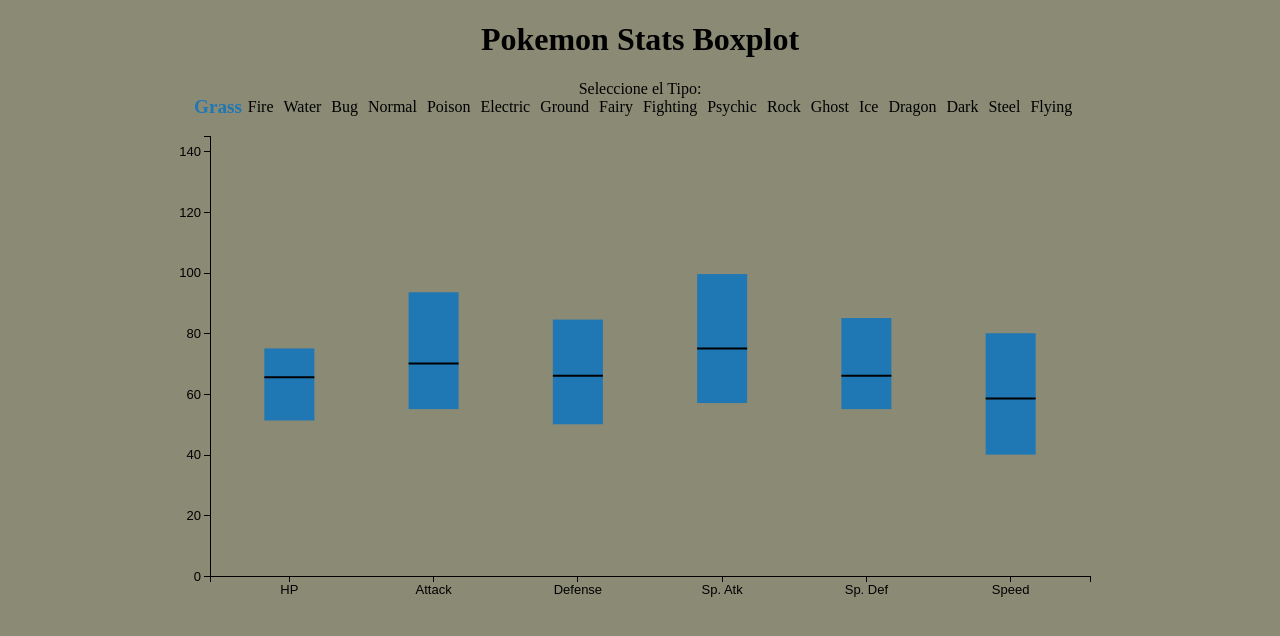
Repository: Cartterr/Proyecto-VisInfo
Page: Propuesta1_Tipos_Cajas.html
An editor plug-in stored every save of this project. The page is shown before and after a run of saves, followed by the edit.
The browser window is 1280 px wide. The pictures show the whole page.

Above is the page before, as saved 2023-06-28 02:57:04.

### Propuesta1_Tipos_Cajas.html
<!DOCTYPE html>
<html>
<head>
    <meta charset="utf-8">
    <title>Pokemon Stats Boxplot</title>
    <script src="https://d3js.org/d3.v7.min.js"></script>
</head>

<body>
    <h1>Pokemon Stats Boxplot</h1>
    <link rel="stylesheet" href="Propuesta1_Tipos_Cajas.css">
    <div>
        <label for="typeSelect">Seleccione el Tipo:</label>
        <div class="type-list-container">
            <ul class="type-list" id="typeList"></ul>
        </div>
    </div>
    <div id="boxplot"></div>
    <div id="treemap"></div>
    <script src="Propuesta1_Tipos_Cajas.js"></script>
</body>
</html>

### Propuesta1_Tipos_Cajas.css
body {
    margin: 0 auto;
    background-color: #8a8a75;
    max-width: 80%;
    min-width: 500px;
    text-align: center;
}

.box {
    fill: #1f77b4;
    cursor: pointer;
    position: relative; /* Agregado */
}

.box:hover {
    fill: #456b86;
}

.tooltip {
    position: absolute;
    background-color: #fff;
    border: 1px solid #ccc;
    padding: 10px;
    pointer-events: none;
    opacity: 0;
    transition: opacity 0.3s ease-in-out;
    top: -40px; /* Agregado */
    left: 0; /* Agregado */
    width: 100px; /* Agregado */
    text-align: center; /* Agregado */
}

.box:hover .tooltip {
    opacity: 1;
}

.median {
    stroke: black;
    stroke-width: 2px;
}

.axis text {
    font-size: 13px;
}

.axis line,
.axis path {
    fill: none;
    stroke: #000;
    shape-rendering: crispEdges;
}

.type-list-container {
    overflow-x: auto;
    display: flex;
    justify-content: center;
}

.type-list {
    display: flex;
    white-space: nowrap;
    padding: 0;
    margin: 0;
    list-style-type: none;
}

.type-list li {
    margin-right: 10px;
    transition: transform 0.3s;
}

.type-list li:hover {
    transform: scale(1.1);
}

.type-list li.selected {
    transform: scale(1.2);
    font-weight: bold;
    color: #1f77b4;
}

.type-list-container {
    overflow-x: auto;
}

.type-list {
    display: flex;
    white-space: nowrap;
    padding: 0;
    margin: 0;
    list-style-type: none;
}

.type-list li {
    margin-right: 10px;
}

### Propuesta1_Tipos_Cajas.js


d3.csv("pokemon.csv").then(data => {
    const types = Array.from(new Set(data.map(d => d["Type 1"])));
    const statNames = ["HP", "Attack", "Defense", "Sp. Atk", "Sp. Def", "Speed"];

    const margin = { top: 20, right: 30, bottom: 40, left: 50 },
        width = 960 - margin.left - margin.right,
        height = 500 - margin.top - margin.bottom;

    const svg = d3.select("#boxplot")
        .append("svg")
        .attr("width", width + margin.left + margin.right)
        .attr("height", height + margin.top + margin.bottom)
        .append("g")
        .attr("transform", `translate(${margin.left},${margin.top})`);

    const x = d3.scaleBand()
        .range([0, width])
        .padding(0.1);

    const y = d3.scaleLinear()
        .range([height, 0]);

    const xAxis = d3.axisBottom(x);
    const yAxis = d3.axisLeft(y);

    svg.append("g")
        .attr("class", "axis x-axis")
        .attr("transform", `translate(0,${height})`)
        .call(xAxis);

    svg.append("g")
        .attr("class", "axis y-axis")
        .call(yAxis);

    const updateBoxPlot = (selectedType) => {
        const typeData = data.filter(d => d["Type 1"] === selectedType);

        const typeStats = statNames.map(stat => typeData.map(d => +d[stat]));

        x.domain(statNames);
        y.domain([0, d3.max(typeStats, d => d3.max(d))]);

        svg.select(".x-axis")
            .call(xAxis);

        svg.select(".y-axis")
            .transition()
            .duration(250)
            .call(yAxis);

        const boxWidth = Math.min(50, x.bandwidth());

        svg.selectAll(".box")
            .data(typeStats)
            .join("rect")
            .transition()
            .duration(450)
            .attr("class", "box")
            .attr("x", (d, i) => x(statNames[i]) + (x.bandwidth() - boxWidth) / 2)
            .attr("width", boxWidth)
            .attr("y", d => y(d3.quantile(d, 0.75)))
            .attr("height", d => y(d3.quantile(d, 0.25)) - y(d3.quantile(d, 0.75)));

        typeList.selectAll("li")
            .classed("selected", d => d === selectedType);

        svg.selectAll(".median")
            .data(typeStats)
            .join("line")
            .transition()
            .duration(450)
            .attr("class", "median")
            .attr("x1", (d, i) => x(statNames[i]) + (x.bandwidth() - boxWidth) / 2)
            .attr("x2", (d, i) => x(statNames[i]) + (x.bandwidth() + boxWidth) / 2)
            .attr("y1", d => y(d3.median(d)))
            .attr("y2", d => y(d3.median(d)));
    };

    const typeList = d3.select("#typeList");
    typeList.selectAll("li")
        .data(types)
        .enter()
        .append("li")
        .text(d => d)
        .on("click", function () {
            const selectedType = d3.select(this).text();
            updateBoxPlot(selectedType);
        });


    //TREEMAP
    const color = d3.scaleOrdinal()
        .domain(types)
        .range(d3.schemeSet3);




    // Initialize with the first type
    updateBoxPlot(types[0]);
});

After the next 2 saves:
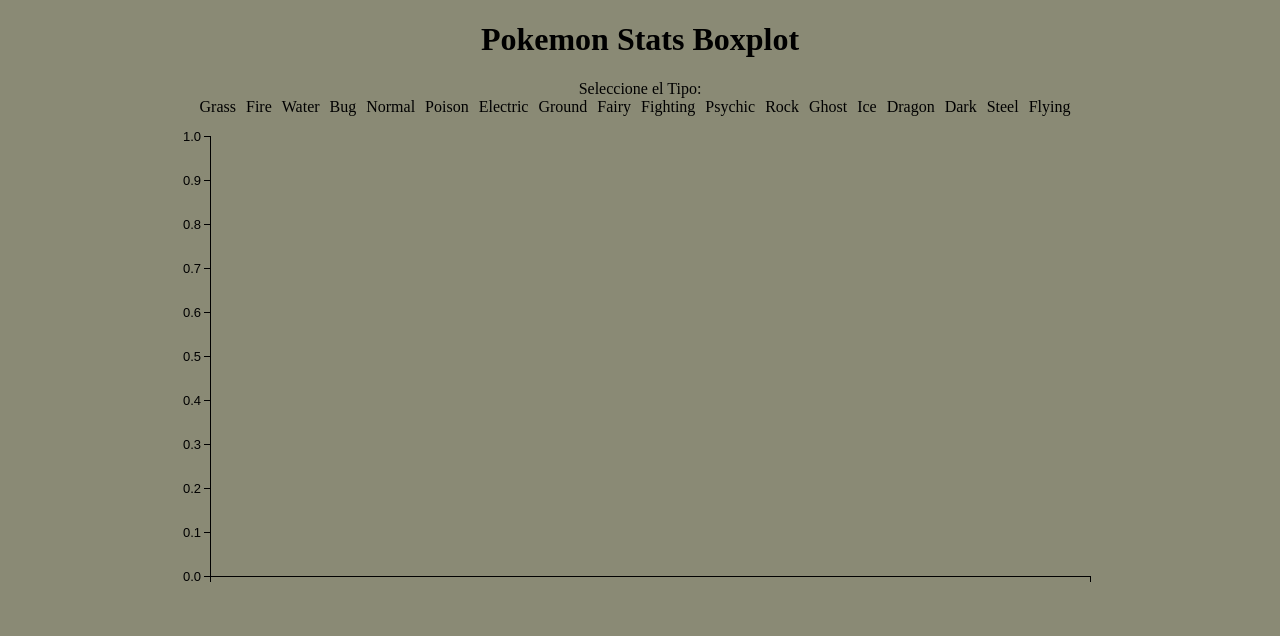
Console error (its wording comes from the project's code and is left out).
The 2 saves are shown as one change because they came seconds apart.
The last was saved 12 s later.
--- a/Propuesta1_Tipos_Cajas.js
+++ b/Propuesta1_Tipos_Cajas.js
@@ -95,7 +95,13 @@
         .domain(types)
         .range(d3.schemeSet3);
 
+    // Building the treemap
+    const root = d3.stratify()
+        .id(d => d["Type 1"])
+        .parentId(d => d["Type 2"])(data)
+        .sum(d => +d["Total"]);
 
+    d3.treemap().size([width, height])(root);
 
 
     // Initialize with the first type

After the 3 saves that followed:
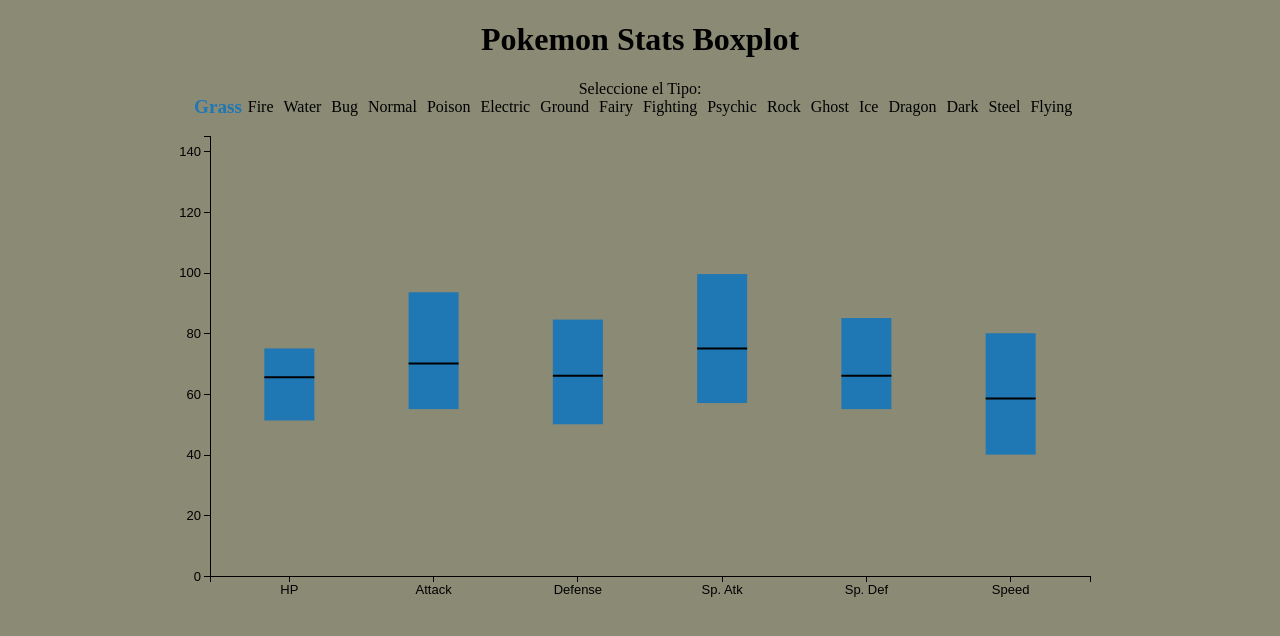
The 3 saves are shown as one change because 2 left the picture as it was.
The last was saved 23 s later.
--- a/Propuesta1_Tipos_Cajas.js
+++ b/Propuesta1_Tipos_Cajas.js
@@ -89,6 +89,9 @@
             updateBoxPlot(selectedType);
         });
 
+    // Initialize with the first type
+    updateBoxPlot(types[0]);
+
 
     //TREEMAP
     const color = d3.scaleOrdinal()
@@ -103,7 +106,15 @@
 
     d3.treemap().size([width, height])(root);
 
+    const svgTreemap = d3.select("#treemap")
+        .append("svg")
+        .attr("width", width + margin.left + margin.right)
+        .attr("height", height + margin.top + margin.bottom)
+        .append("g")
+        .attr("transform", `translate(${margin.left},${margin.top})`);
 
-    // Initialize with the first type
-    updateBoxPlot(types[0]);
+
+
+
+
 });
